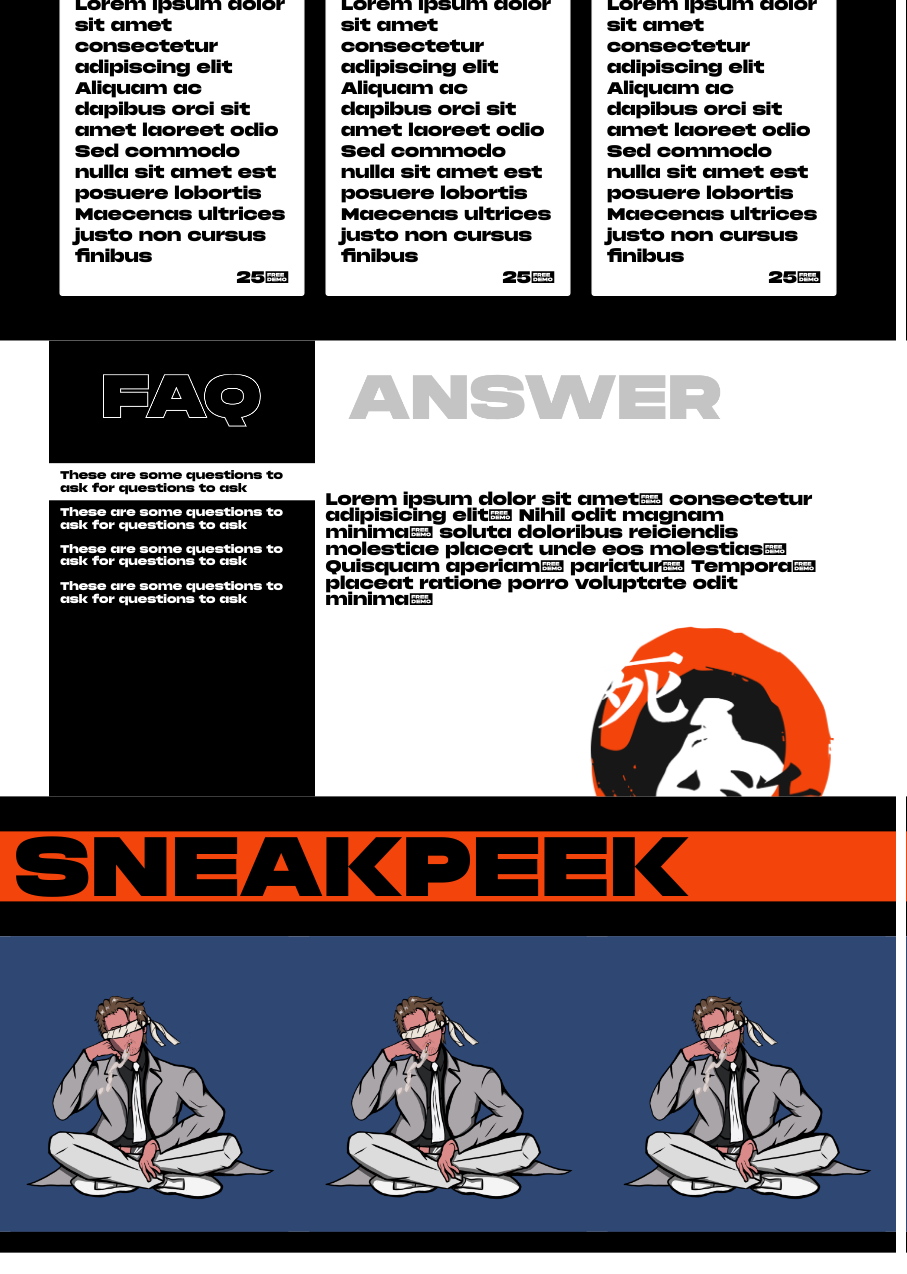
Repository: danishmahmoodawan/Sneakpeak
Page: /
The author's editor kept a copy of each file at every save. The page is drawn from the files as they stood at one save, then again after the next save.
The browser window is 1280 px wide. The page is 1295 px wide, so the pictures cover 1295 px, including what lies to the right of the window. The pictures show the part of the page from y = 1214 to 3094 px (the page is 3034 px tall before and 3094 px after), at 70% of full size.
The project was rebuilt for these pictures with package versions that can differ from the ones it lists, and the page was loaded fresh each time.

Above is the page before, as saved 2022-02-28 22:04:53.

After the next save:
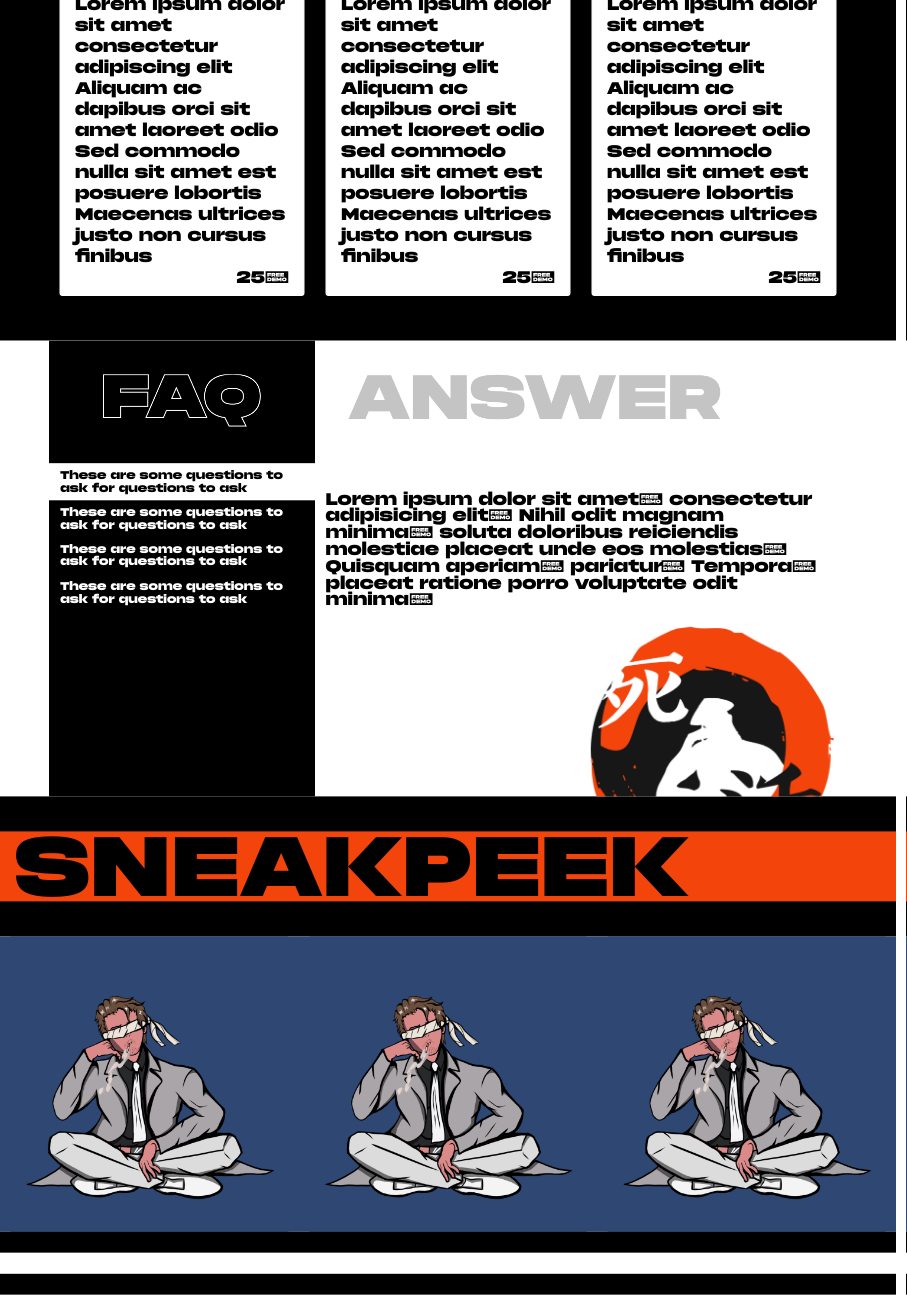
Saved 5 s later.
--- a/src/pages/Home.js
+++ b/src/pages/Home.js
@@ -232,6 +232,16 @@ function Home() {
             </div>
             </div>
         </section>
+        <section>
+        <div className="row">
+            <div className="col-12">
+            <div class="empty_div"> </div>
+            </div>
+            <div className="col-12">
+            <div class="empty_divs"> </div>
+            </div>
+            </div>
+        </section>
 
 	</>
   );
